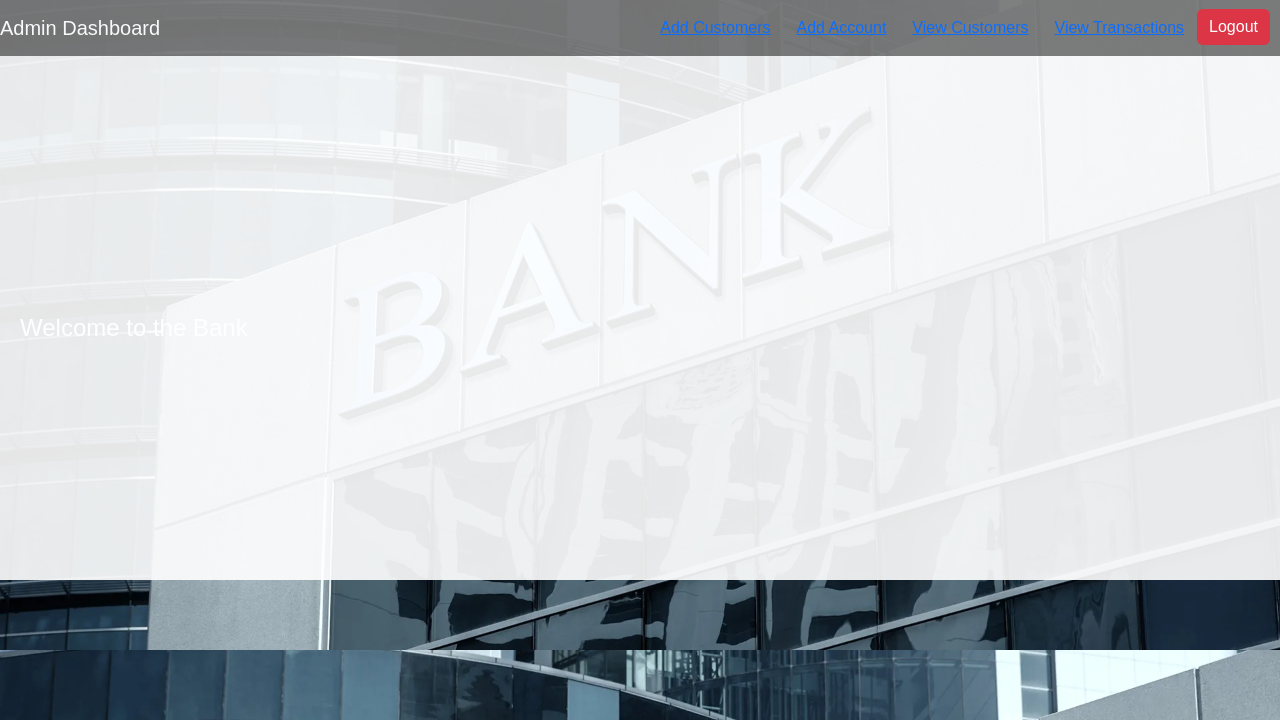
Repository: prathamsuhasia/swabhav-mini-project
Page: http://localhost/01-mini-project/Admin.jsp
The author's editor kept a copy of each file at every save. The page is drawn from the files as they stood at one save, then again after the next save.
The browser window is 1280 px wide. The pictures show the whole page.
The page is served by Tomcat 9. The session is filled in as if someone had signed in: {"username": "testuser", "admin": "admin"}. Other server files are loaded and not shown.

Above is the page before, as saved 2024-08-15 16:11:41.

### 01-mini-project/WebContent/Admin.jsp
<%@ page language="java" contentType="text/html; charset=ISO-8859-1"
	pageEncoding="ISO-8859-1"%>
<%
	response.setHeader("Cache-Control", "no-cache, no-store, must-revalidate");
	response.setHeader("Pragma", "no-cache");
	response.setDateHeader("Expires", 0);
%>
<%
	HttpSession sessions = request.getSession(false);
	if (session == null || !"admin".equals(session.getAttribute("admin"))) {
		// No session or user not logged in, redirect to the login page
		response.sendRedirect("Index.jsp");
		return;
	}
%>
<!DOCTYPE html>
<html>
<head>
<meta http-equiv="Content-Type" content="text/html; charset=ISO-8859-1">
<title>Dashboard</title>
<link
	href="https://cdn.jsdelivr.net/npm/bootstrap@5.3.0/dist/css/bootstrap.min.css"
	rel="stylesheet">
<style>
body {
	background-image: url('Bank.webp');
	background-size: cover;
	background-position: center;
	color: #fff;
	font-family: Arial, sans-serif;
	position: relative;
    z-index: 2;
}

.navbar {
	background-color: rgba(0, 0, 0, 0.5);
	margin-bottom: 20px;
}

.navbar-brand {
	color: #f8f9fa;
}

.navbar-nav .nav-link {
	color: #f8f9fa !important;
}

.navbar-nav .nav-link:hover {
	color: #e9ecef !important;
}

.btn-logout {
	background-color: #dc3545;
	border: none;
	color: #fff;
	margin-right: 10px;
}

.btn-logout:hover {
	background-color: #c82333;
	color: #fff;
}

.welcome-message {
	display: flex;
	align-items: center;
	height: 70vh;
	justify-content: flex-start;
	padding-left: 20px;
	font-size: 24px;
}

.container {
	background-color: rgba(0, 0, 0, 0.6);
	padding: 20px;
	border-radius: 10px;
}

body::before {
	content: '';
	position: absolute;
	top: 0;
	left: 0;
	width: 100%;
	height: 100%;
	background-color: rgba(255, 255, 255, 0.9);
	/* Adjust opacity to make it lighter or darker */
}
</style>
</head>
<body>
	<nav class="navbar navbar-expand-lg">
		<a class="navbar-brand" href="#">Admin Dashboard</a>
		<div class="collapse navbar-collapse justify-content-end">
			<ul class="navbar-nav">
				<li class="nav-item">
					<form action="AdminController" method="post" class="nav-item">
						<button type="submit" name="action" value="AddCustomers"
							class="btn btn-link">Add Customers</button>
					</form>
				</li>
				<li class="nav-item">
					<form action="AdminController" method="post" class="nav-item">
						<button type="submit" name="action" value="AddAccount"
							class="btn btn-link">Add Account</button>
					</form>
				</li>
				<li class="nav-item">
					<form action="AdminController" method="post" class="nav-item">
						<button type="submit" name="action" value="ViewCustomers"
							class="btn btn-link">View Customers</button>
					</form>
				</li>
				<li class="nav-item">
					<form action="AdminController" method="post" class="nav-item">
						<button type="submit" name="action" value="ViewTransactions"
							class="btn btn-link">View Transactions</button>
					</form>
				</li>
				<li class="nav-item">
					<form action="LogoutServlet">
						<button type="submit" class="btn btn-logout">Logout</button>
					</form>
				</li>
			</ul>
		</div>
	</nav>

	<div class="welcome-message">Welcome to the Bank</div>

	<script src="https://code.jquery.com/jquery-3.6.0.min.js"></script>
	<script
		src="https://cdn.jsdelivr.net/npm/bootstrap@5.3.0/dist/js/bootstrap.bundle.min.js"></script>
</body>
</html>

After the next save:
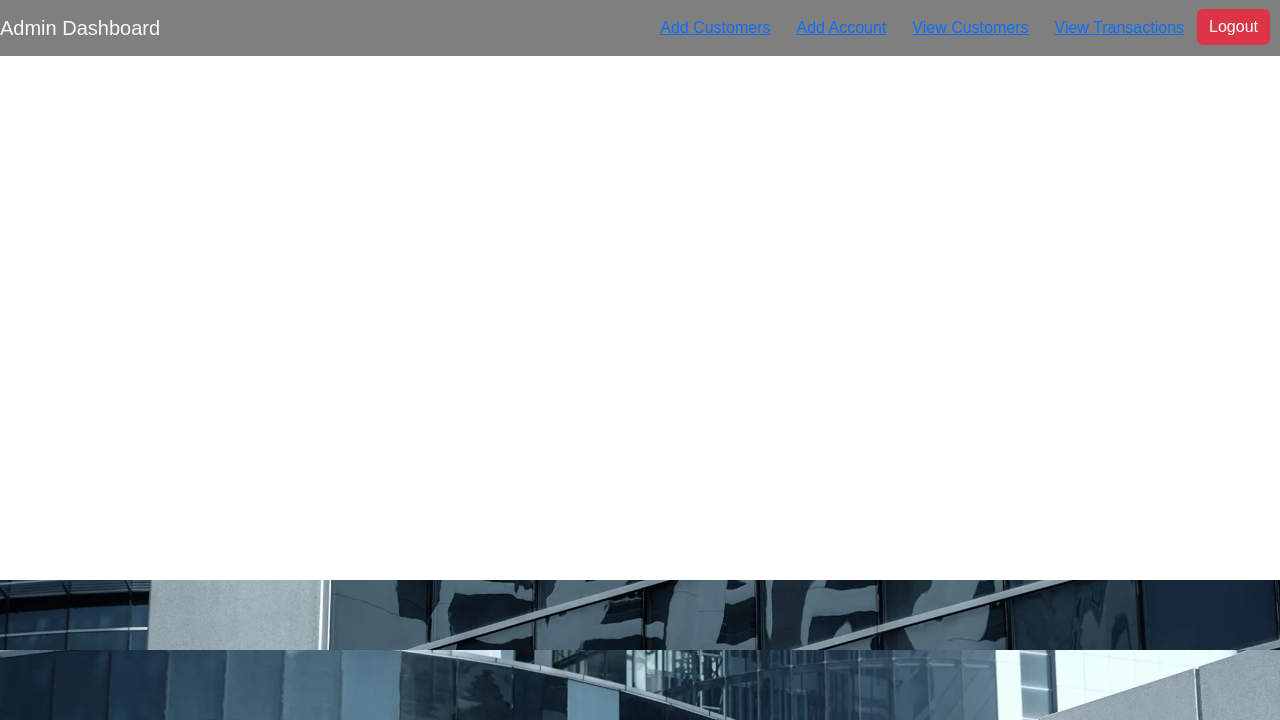
Saved 17 s later.
--- a/01-mini-project/WebContent/Admin.jsp
+++ b/01-mini-project/WebContent/Admin.jsp
@@ -83,7 +83,7 @@ body::before {
 	left: 0;
 	width: 100%;
 	height: 100%;
-	background-color: rgba(255, 255, 255, 0.9);
+	background-color: rgba(255, 255, 255, 1);
 	/* Adjust opacity to make it lighter or darker */
 }
 </style>
